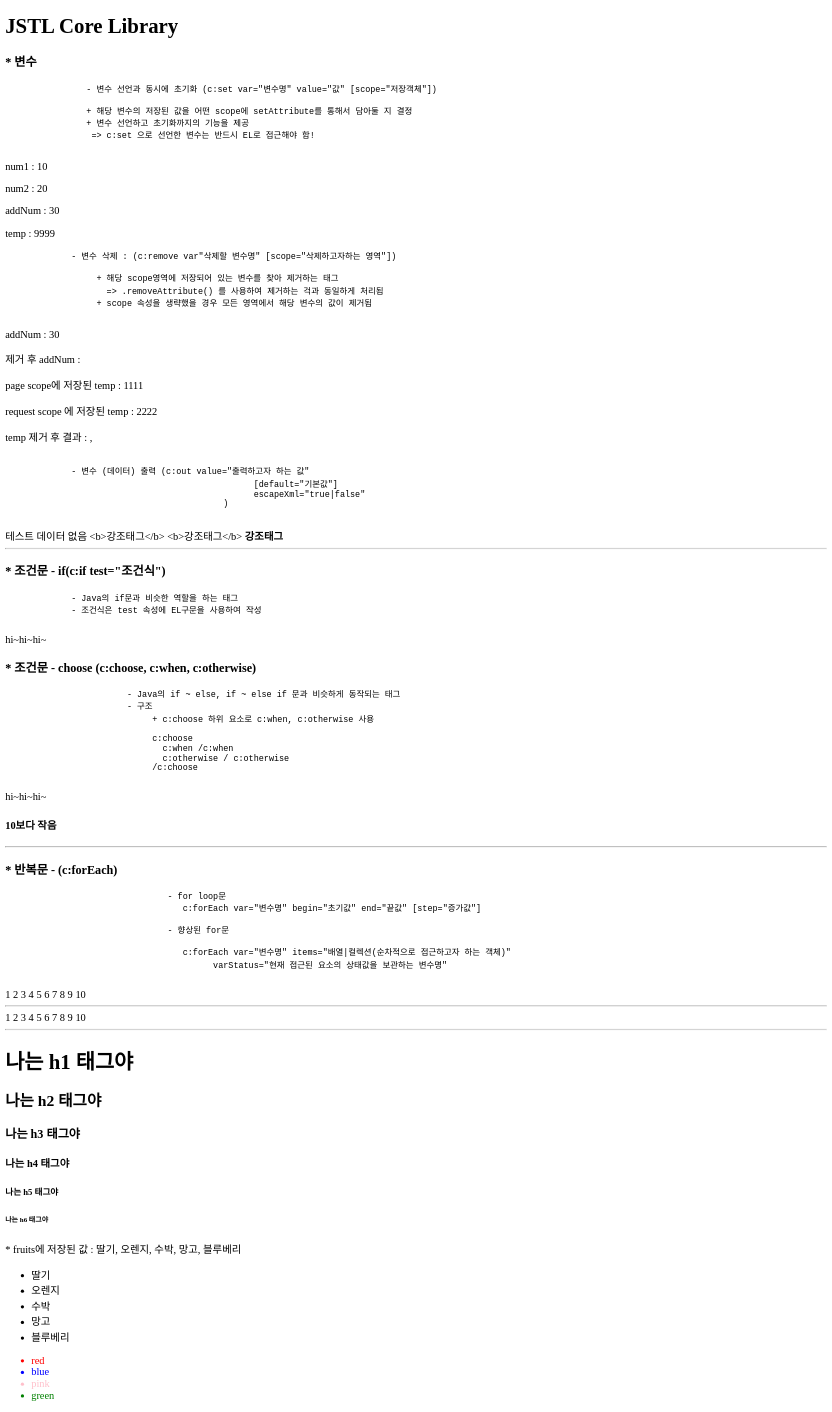
Repository: kkh1396/kh_front
Page: http://localhost/2_jsp/views/4_CustomAction/2_core.jsp
The author's editor kept a copy of each file at every save. The page is drawn from the files as they stood at one save, then again after the next save.
The browser window is 1280 px wide. The pictures show the whole page, at 65% of full size.
The page is served by Tomcat 9. Nobody is signed in. The application's start-up code is not run. Other server files are loaded and not shown.

Above is the page before, as saved 2025-03-21 05:39:23.

### 05_server/2_jsp/src/main/webapp/views/4_CustomAction/2_core.jsp
<%@ page language="java" contentType="text/html; charset=UTF-8"
    pageEncoding="UTF-8"%>
<%@ taglib prefix="c" uri="http://java.sun.com/jsp/jstl/core" %>
<%@ page import="java.util.ArrayList, model.vo.Student" %>

<!DOCTYPE html>
<html>
<head>
<meta charset="UTF-8">
<title>JSTL - core</title>
</head>
<body>
	 <h1>JSTL Core Library</h1>

	 <h3>* 변수</h3>
	 <pre>
	   	- 변수 선언과 동시에 초기화 (c:set var="변수명" value="값" [scope="저장객체"])

	   	+ 해당 변수의 저장된 값을 어떤 scope에 setAttribute를 통해서 담아둘 지 결정
	   	+ 변수 선언하고 초기화까지의 기능을 제공
	   	 => c:set 으로 선언한 변수는 반드시 EL로 접근해야 함!
	 </pre>


	 <!-- num1 이라는 변수에 10이라는 값을 저장  -->
	 <c:set var="num1" value="10"/>

	 <%-- request 영역에 num2라는 변수에 20이라는 값ㅇ르 저장 --%>
	 <c:set var="num2" value="20" scope="request"/>

	 <p> num1 : ${ num1 } </p>
	 <p> num2 : ${ num2 } </p>


	 <%-- num1 num2의 합을 addNum이라는 변수에 저장(session 영역) --%>
	 <c:set var="addNum" value= '${ num1 +num2 }' scope="session"/>
	 <p> addNum : ${ addNum } </p>

	 <c:set var="temp">
	    9999
	 </c:set>

	 <%-- value 속성 대신, 시작태그와 종료태그 사이에 초기값을 지정할 수 있음 --%>

	 <p> temp : ${ temp } </p>

	 <pre>
	     - 변수 삭제 : (c:remove var"삭제할 변수명" [scope="삭제하고자하는 영역"])

	          + 해당 scope영역에 저장되어 있는 변수를 찾아 제거하는 태그
	            => .removeAttribute() 를 사용하여 제거하는 걱과 동일하게 처리됨
	          + scope 속성을 생략했을 경우 모든 영역에서 해당 변수의 값이 제거됨
	 </pre>

	 <%-- session 영역의 addNum 변수 삭제 --%>
	 <p> addNum : ${ addNum }</p>
	 <c:remove var="addNum" scope="session"/>

	 <p> 제거 후 addNum : ${ addNum }</p>


	 <c:set var="temp" value="1111" />
	 <c:set var="temp" value="2222" scope="request"/>

	 <p> page scope에 저장된 temp : ${ temp }</p>
	 <p> request scope 에 저장된 temp : ${ requestScope.temp }</p>


	 <c:remove var="temp" />

	 <p> temp 제거 후 결과 : ${ temp } , ${ requestScope.temp }

	 <pre>
	     - 변수 (데이터) 출력 (c:out value="출력하고자 하는 값"
	     					 [default="기본값"]
	     					 escapeXml="true|false"
	     				   )
	 </pre>

	 <c:out value="테스트" />

	 <%-- addNum 변수의 값을 출력 --%>
	 <c:out value="${ addnum }"/>
	 <c:out value="${ addnum }" default="데이터 없음"/>

	 <%-- outData 라는 변수에 '<b>강조태그</b>' 값을 저장 --%>
	 <c:set var="outData" value="<b>강조태그</b>" />
	 <c:out value="${ outData }" />
	 <c:out value="${ outData }" escapeXml="true"/>
	 <%-- escapeXml 속성의 기본값은 true, 태그를 해석하지 않음 --%>
	 <c:out value="${ outData }" escapeXml="false"/>

	 <hr>

	 <h3>* 조건문 - if(c:if test="조건식") </h3>
	 <pre>
	     - Java의 if문과 비슷한 역할을 하는 태그
	     - 조건식은 test 속성에 EL구문을 사용하여 작성
	 </pre>


	 <%-- num1이 num2보다 큰가? --%>
	 <%-- * JSTL로 선언된 변수는 접근 불가! (EL로만 접근 가능)
	 <% if (num1 > num2) {%>
	 <% } %>
	 --%>

	 <c:if test="${ num1 > num2 }">
	  		num1이 num2보다 큽니다.
	 </c:if>

	 <c:if test="${ num lt num2 }">
	        num1이 num2보다 작습니다.
	 </c:if>

	 <c:set var='hi' value="안녕"/>
	 <%--
	 		hi 변수에 저장된 값이 "안녕"일 경우 hi~hi~hi~ 출력
	 		      			  "안녕"이 아닐경우 by~by~by~ 출력
	  --%>

	  <c:if test="${ hi == '안녕' }">
	         hi~hi~hi~
	  </c:if>
	 <c:if test="${ hi != '안녕' }">
	         by~by~by
	  </c:if>

	  <br>

	  <h3> * 조건문 - choose (c:choose, c:when, c:otherwise) </h3>
	  <pre>
			- Java의 if ~ else, if ~ else if 문과 비슷하게 동작되는 태그
			- 구조
			     + c:choose 하위 요소로 c:when, c:otherwise 사용

			     c:choose
			       c:when /c:when
			       c:otherwise / c:otherwise
			     /c:choose
	  </pre>

	  	<%--
	 		hi 변수에 저장된 값이 "안녕"일 경우 hi~hi~hi~ 출력
	 		      			  "안녕"이 아닐경우 by~by~by~ 출력
	  	--%>

	  	<c:choose>
	  	   <c:when test="${ hi == '안녕'}">
	  	       hi~hi~hi~
	  	   </c:when>
	  	   <c:otherwise>
	  	     	by~by~by~
	  	   </c:otherwise>
	  	</c:choose>


	   <%--
	    	   num1의 값이 20보다 크면 "20보다 큼"
	    	    		, 10보다 크거나 같으면 "10보다 크거나 같음"
	    	    		, 그렇지 않으면 "10보다 작음"출력
	     --%>

	   <c:choose>
	      <c:when test="${ num1 >20 }">
	             <h2>20보다 큼</h2>
	      </c:when>
	      <c:when test="${ num ge 10 }">
	      		<h3> 10보다 큼</h2>
	      </c:when>
	       <c:otherwise>
	           <h4>10보다 작음</h4>
	       </c:otherwise>
	    </c:choose>

	   <hr>


	   <h3>* 반복문 - (c:forEach)</h3>
	   <pre>
	   			- for loop문
	   			   c:forEach var="변수명" begin="초기값" end="끝값" [step="증가값"]

	   			- 향상된 for문

	   			   c:forEach var="변수명" items="배열|컬렉션(순차적으로 접근하고자 하는 객체)"
	   			   	 varStatus="현재 접근된 요소의 상태값을 보관하는 변수명"
	   </pre>
	   <%-- 스크립틀릿을 사용하여 1 ~ 10까지 출력(한줄로) --%>
	   <% for (int i=1; i<=10; i++) { %>
	   			<%= i %>
	   <% } %>

	   <hr>

	   <c:forEach var="i" begin="1" end="10">
	         ${ i }
	   </c:forEach>


	   <hr>
	   <%-- h1 ~ h6 "나는 hx 태그야" --%>

	   <c:forEach var="i" begin="1" end="6">
	         <h${ i }> 나는 h${ i } 태그야 </h${ i }>
	   </c:forEach>

	   <c:set var="fruits">
	      딸기, 오렌지, 수박, 망고, 블루베리
	   </c:set>

	   * fruits에 저장된 값 : ${ fruits }

	   <ul>
	   <c:forEach var="test" items="${ fruits }">
	           <li> ${ test } </li>
	   </c:forEach>
	   </ul>


	   <%--
	   			colors 라는 변수에 4가지 색상을 콤마(,)로 구분하여 저장
	   			목록 태그로 해당 글자를 출력(* 저장된 컬러로 글자색 변경)
	    --%>

	    <%-- colors 변수에 색상 정보를 저장 --%>
	       <c:set var="color">
		      		red,blue,pink,green
	   	   </c:set>

		<%-- 반복문을 사용하여 목록태그에 글자 출력 --%>
		<ul>
		    <c:forEach var="sc" items="${ color }">
		          <li style="color: ${sc}">${ sc }</li>
		    </c:forEach>
	    </ul>

	    <%
	       ArrayList<Student> list = new ArrayList<>();

	       list.add(new Student("박민준", 20, "남자"));
	       list.add(new Student("임성준", 20, "남자"));
	       list.add(new Student("홍길동", 20, "남자"));
	    %>

</body>
</html>

### 05_server/2_jsp/src/main/java/model/vo/Student.java
package model.vo;

public class Student {

	private String name;
	private int age;
	private String gender;


	// 생성자(기본생성자, 모든필드매개변수로가지는 생성자)
	// getter/setter
	// toString
	public Student() {
		super();
	}

	public Student(String name, int age, String gender) {
		super();
		this.name = name;
		this.age = age;
		this.gender = gender;
	}

	public String getName() {
		return name;
	}

	public void setName(String name) {
		this.name = name;
	}

	public int getAge() {
		return age;
	}

	public void setAge(int age) {
		this.age = age;
	}

	public String getGender() {
		return gender;
	}

	public void setGender(String gender) {
		this.gender = gender;
	}

	@Override
	public String toString() {
		return "Student [name=" + name + ", age=" + age + ", gender=" + gender + "]";
	}



}

After the next save:
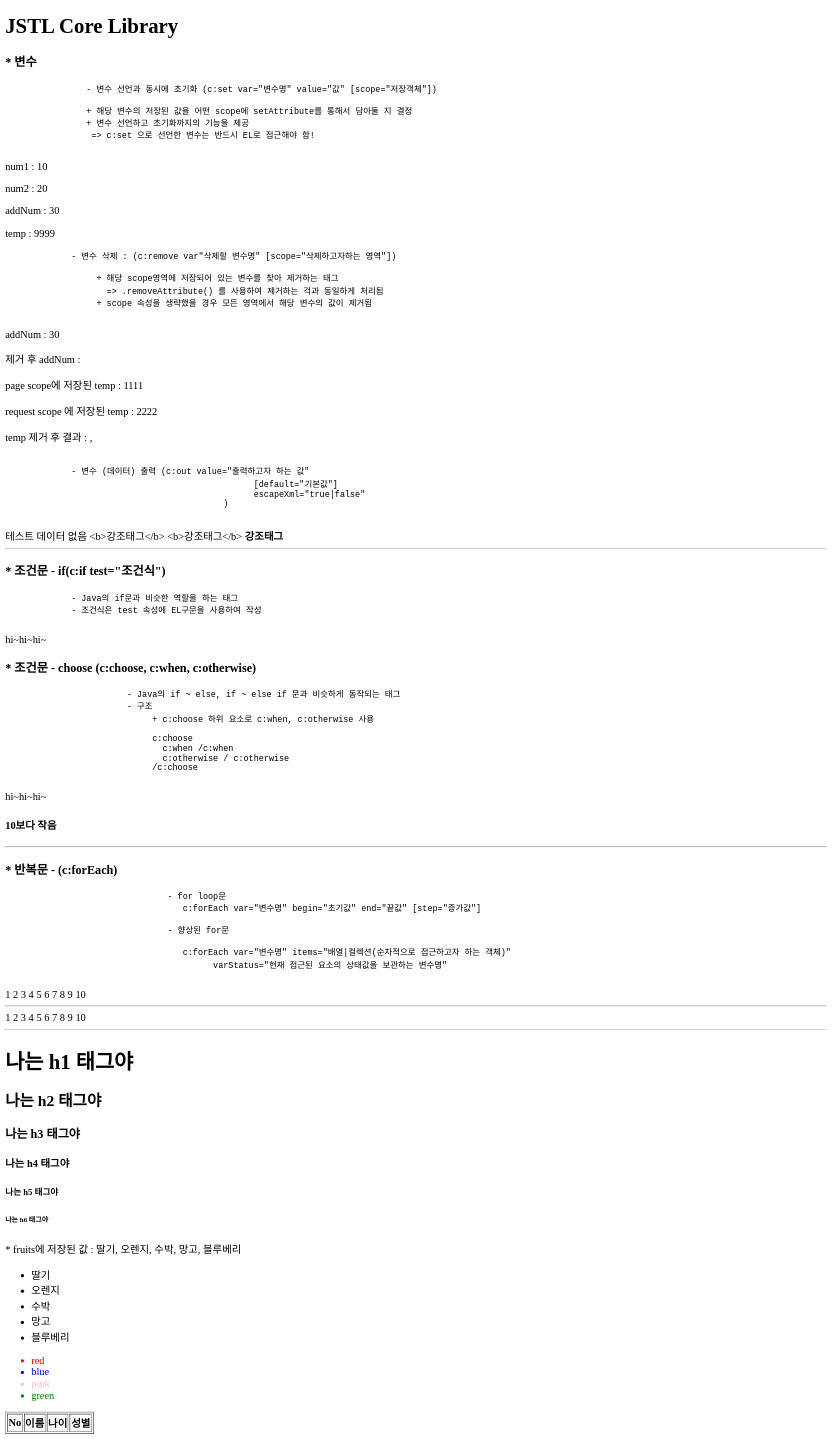
Saved 4 min 21 s later.
--- a/05_server/2_jsp/src/main/webapp/views/4_CustomAction/2_core.jsp
+++ b/05_server/2_jsp/src/main/webapp/views/4_CustomAction/2_core.jsp
@@ -243,5 +243,27 @@
 	       list.add(new Student("홍길동", 20, "남자"));
 	    %>
 
+	    <%-- request.setAttribute("list", list); --%>
+	    <c:set var="list" value="<%= list %>" scope="request"/>
+
+	    <table border="1">
+	        <thead>
+	          <tr>
+	             <th>No</th>
+	             <th>이름</th>
+	             <th>나이</th>
+	             <th>성별</th>
+	          </tr>
+	        </thead>
+	        	<%-- 리스트가 비어있을 경우, "조회된 결과가 없습니다" 출력  --%>
+
+	        	<%-- 리스트가 비어있지 않을경우, 제목셀에 맞춰서 내용 출력  --%>
+	        <tbody>
+
+	        </tbody>
+
+	    </table>
+
+
 </body>
 </html>
